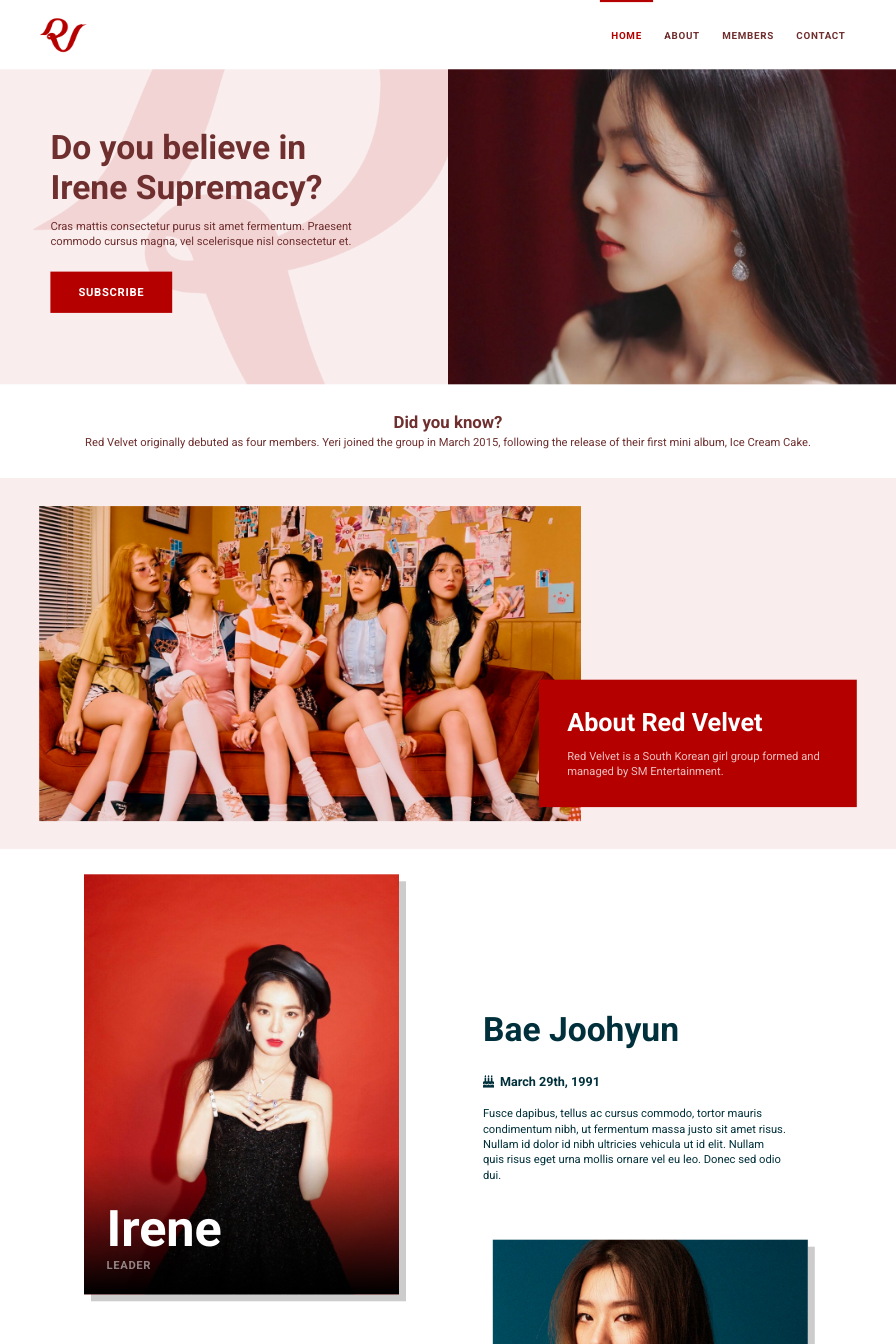
Repository: stillnotdavid/eternity-university
Page: app/index.html
The author's editor kept a copy of each file at every save. The page is drawn from the files as they stood at one save, then again after the next save.
The browser window is 1280 px wide. The pictures show the part of the page from y = 0 to 1920 px (the page is 3451 px tall), at 70% of full size.
The style sheet was rebuilt from its Sass, Less or Tailwind sources for each picture, by a compiler version that may differ from the author's.

Above is the page before, as saved 2021-12-05 22:03:18.

After the next save:
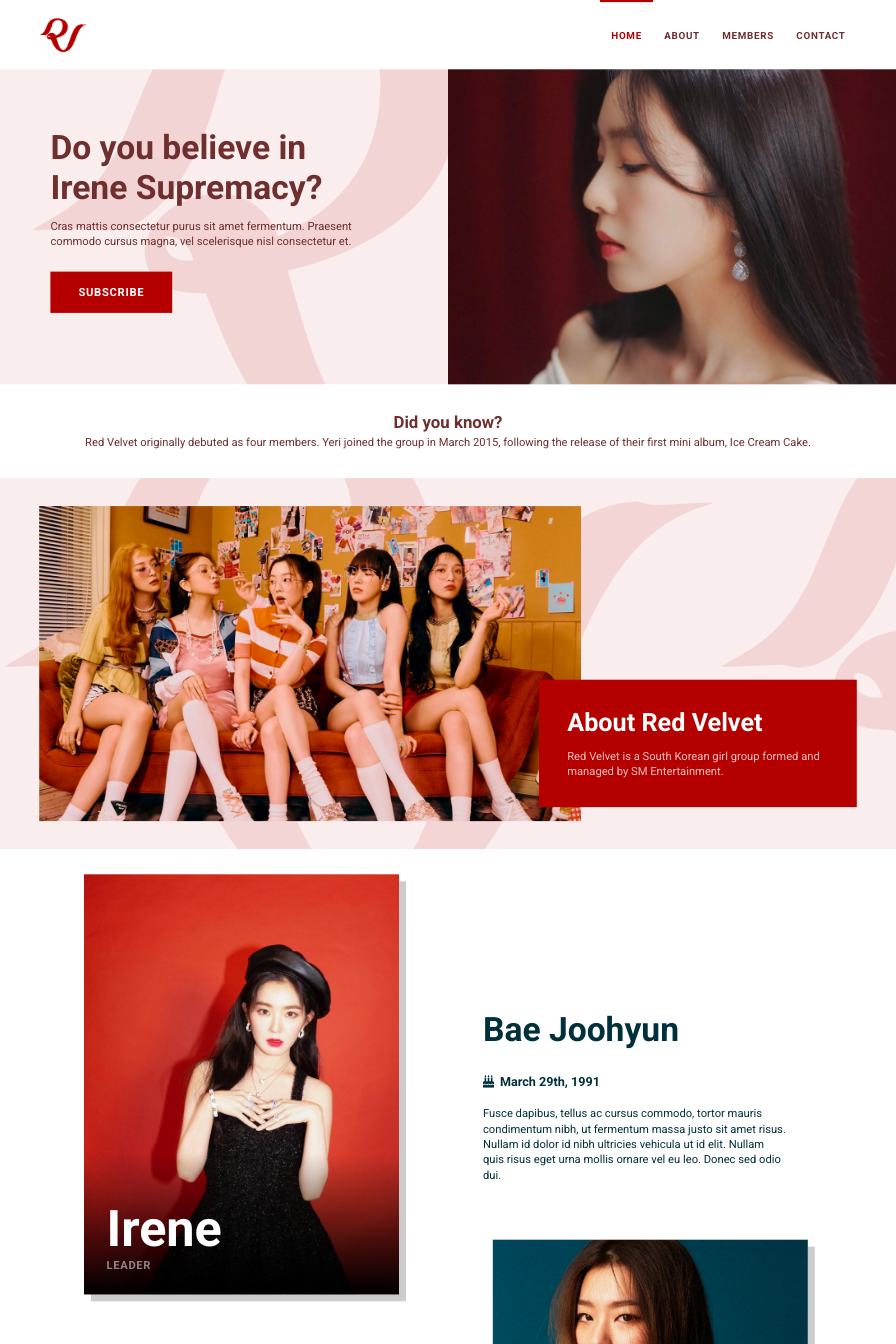
Saved 13 s later.
--- a/app/index.html
+++ b/app/index.html
@@ -69,7 +69,7 @@
         their first mini album, Ice Cream Cake.</p>
     </div>
   </section>
-  <section class="about">
+  <section class="about  logo-background">
     <div class="container about__container">
       <img class="about__image" src="images/group.png" alt="Red Velvet Sitting!">
       <div class="about__text">
